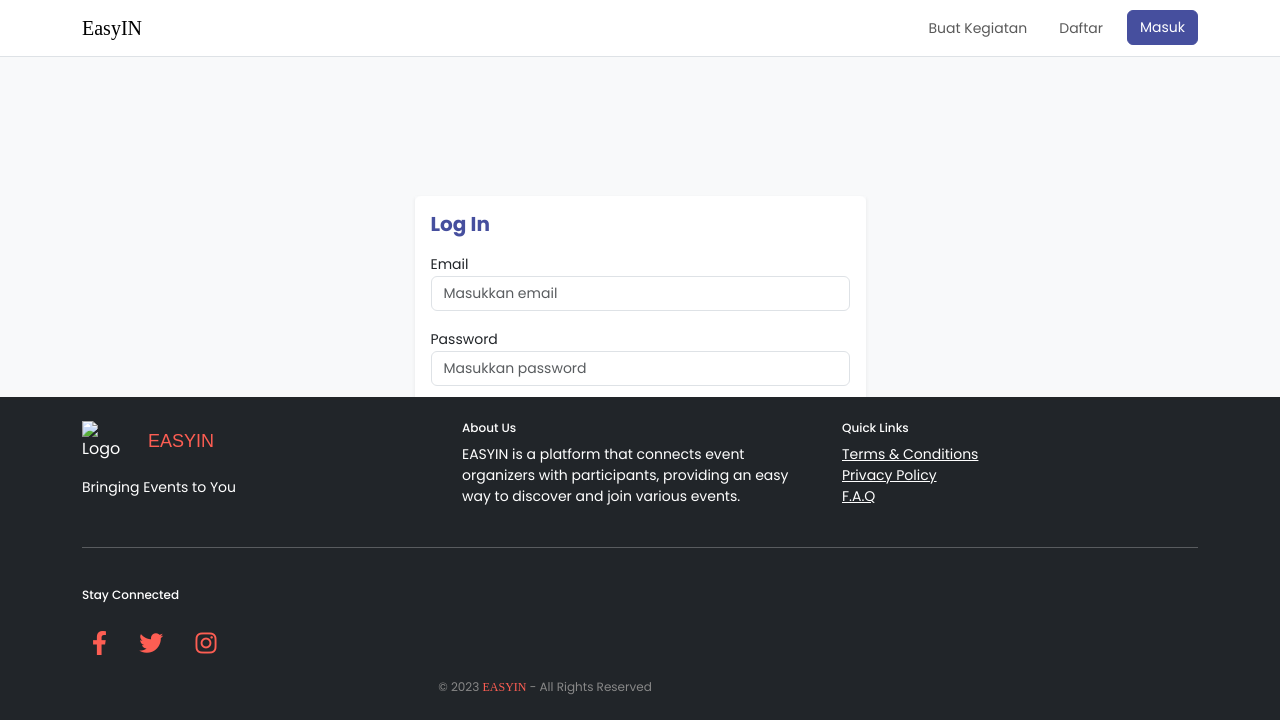
Repository: Imadaaa/Ticketing_Online
Page: http://localhost/login
The author's editor kept a copy of each file at every save. The page is drawn from the files as they stood at one save, then again after the next save.
The browser window is 1280 px wide. The pictures show the whole page.
Some web fonts or font styles are not loaded; a fallback is used. The page is served by the project's Laravel application, run on PHP 8.4 with Laravel 10.

Above is the page before, as saved 2023-08-22 02:32:42.
Console error: ReferenceError: $ is not defined

After the next save:
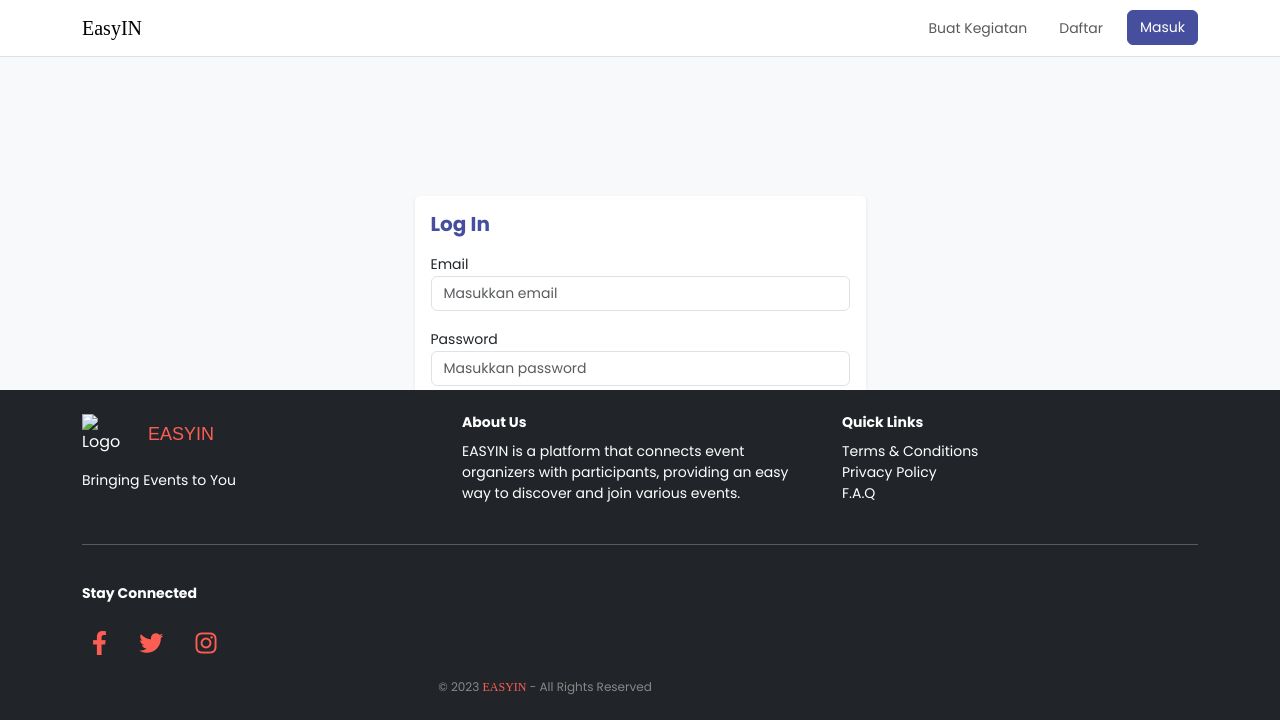
Saved 2 min 1 s later.
--- a/resources/views/template/landing-page/partials/_footer.blade.php
+++ b/resources/views/template/landing-page/partials/_footer.blade.php
@@ -1,5 +1,4 @@
 <footer class="bg-dark text-white py-4 {{ request()->is('login') || request()->is('register') ? 'footer-fixed' : '' }}">
-
     <style>
         .footer-fixed {
             position: absolute;
@@ -11,6 +10,7 @@
             font-family: 'Audiowide', sans-serif;
             font-size: 18px;
             color: #fd5e53;
+            margin-bottom: 5px;
         }
 
         .social-link {
@@ -22,6 +22,23 @@
 
         .social-link:hover {
             transform: scale(1.2);
+        }
+
+        .footer-heading {
+            font-size: 14px;
+            font-weight: bold;
+            color: #fff;
+            margin-bottom: 10px;
+        }
+
+        .footer-link {
+            color: #fff;
+            text-decoration: none;
+            transition: color 0.3s ease-in-out;
+        }
+
+        .footer-link:hover {
+            color: #fd5e53;
         }
     </style>
 
@@ -36,23 +53,23 @@
                 <p class="mt-3 fs-14">Bringing Events to You</p>
             </div>
             <div class="col-md-4">
-                <h5 class="fs-12">About Us</h5>
+                <h5 class="footer-heading">About Us</h5>
                 <p class="fs-14">EASYIN is a platform that connects event organizers with participants, providing an
                     easy way to discover and join various events.</p>
             </div>
             <div class="col-md-4">
-                <h5 class="fs-12">Quick Links</h5>
+                <h5 class="footer-heading">Quick Links</h5>
                 <ul class="list-unstyled fs-14">
-                    <li><a href="#" class="text-white">Terms & Conditions</a></li>
-                    <li><a href="#" class="text-white">Privacy Policy</a></li>
-                    <li><a href="#" class="text-white">F.A.Q</a></li>
+                    <li><a href="#" class="footer-link">Terms & Conditions</a></li>
+                    <li><a href="#" class="footer-link">Privacy Policy</a></li>
+                    <li><a href="#" class="footer-link">F.A.Q</a></li>
                 </ul>
             </div>
         </div>
         <hr class="my-4">
         <div class="row">
             <div class="col-md-10 mt-3">
-                <h5 class="fs-12 mb-4">Stay Connected</h5>
+                <h5 class="footer-heading mb-4">Stay Connected</h5>
                 <ul class="list-inline social-icons">
                     <li class="list-inline-item"><a href="#" class="social-link"><i
                                 class="fab fa-facebook-f"></i></a></li>
